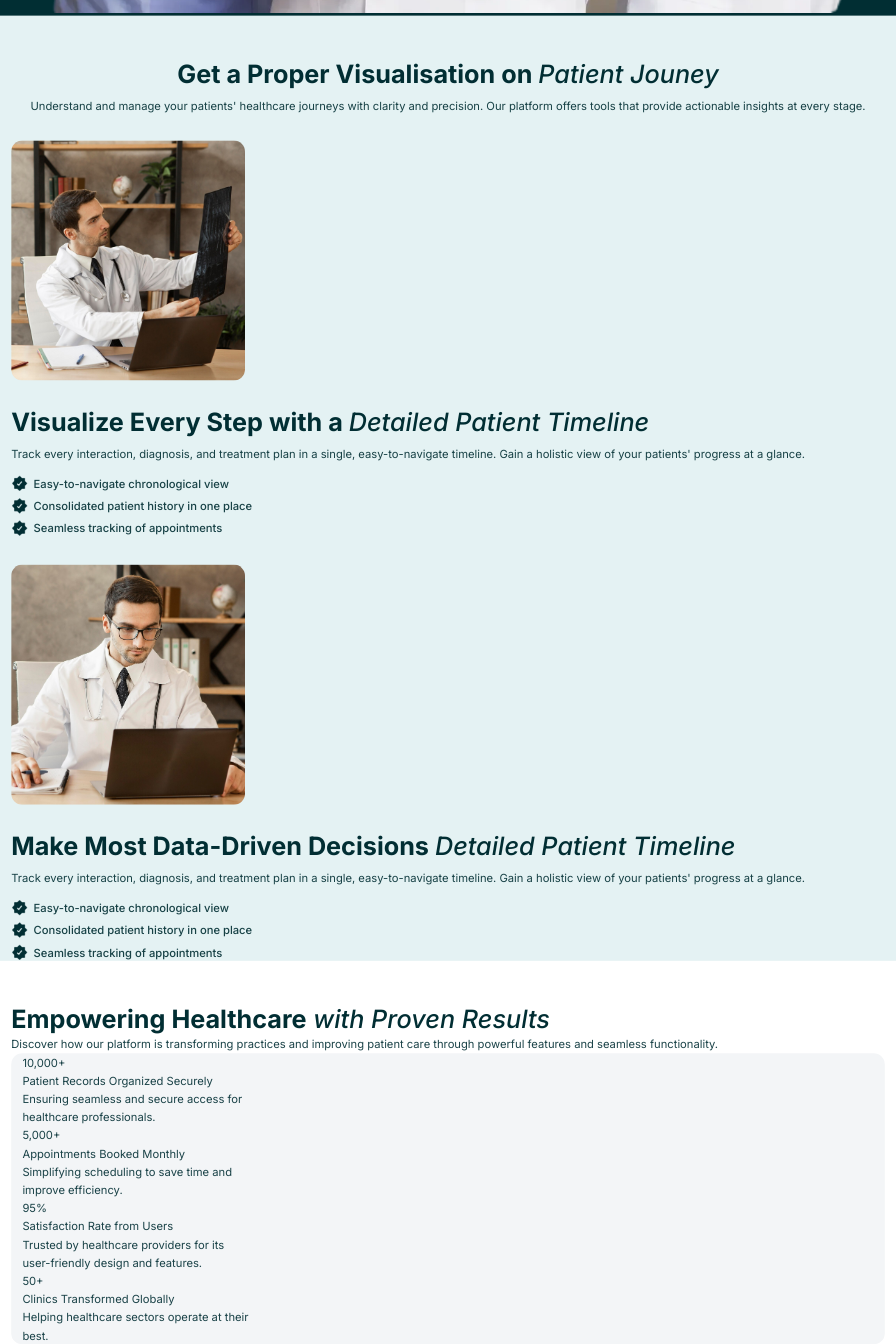
Repository: DiegoWWeege/recuperacao-prova-front-end
Page: index.html
These files come from the project's save history. The page is drawn as it stood at one moment and after the next save; the edit follows.
The browser window is 1280 px wide. The pictures show the part of the page from y = 1392 to 3312 px (the page is 3312 px tall), at 70% of full size.

Above is the page before, as saved 2026-06-22 18:51:25.

### index.html
<!DOCTYPE html>
<html lang="pt-br">
<head>
    <meta charset="UTF-8">
    <meta name="viewport" content="width=device-width, initial-scale=1.0">
    <title>ERTIFY HEALTH</title>
    <link rel="stylesheet" href="style.css">
</head>
<body>

    <!--Cabeçalho da Lading Page-->

    <header>
        <img src="images/logo.png" alt="Ertify Health logo">

        <section>
        <button aria-label = "Get Started" class = "get-started-button">Get Started</button>

            <img src="icons/burguer-menu.png" alt="Burguer menu">
        </section>
    </header>

    <!--Conteúdo principal da Lading Page-->
    <main class = "hero-section">

        <section>
            <h1>Simple & Secure Patient <span>Management</span></h1>
            <!-- Foi dado um espaço na palavra &amp, pois quando junta apresentava erro no html!-->
            <p>CERTIFY’s platform automates intake & amp; check-in processes
            so you can put the focus back on delivering quality care.</p>
        </section>

        <section id = "buttons-section">
            <button  aria-label = "Get Started" class = "get-started-button">Get Started</button>
            <button aria-label = "Play demo" class = "play-demo-button">Play Demo</button>
        </section>

        <img src="images/three-doctors.png" alt="Three doctors">
    </main>



    <section class = "section-patient-journey">
        <h2>Get a Proper Visualisation on <span>Patient Jouney</span></h2>

        <p>Understand and  manage your patients' healthcare journeys with
            clarity and precision. Our platform offers tools that provide
            actionable insights at every stage.</p>


        <section class = "image-text-benefits">

            <img src="images/doctor-xray.png" alt="A doctor sitting in his desk looking at an x-ray">

            <h2>Visualize Every Step with a <span>Detailed Patient Timeline</span></h2>

            <p>Track every interaction, diagnosis, and treatment
                plan in a single, easy-to-navigate
                timeline. Gain a holistic view of your patients'
                progress at a glance.</p>

            <section class = "benefits-grid">

                <img src="icons/checkmark-badge-02.png" alt="">
                <p class = "benefit">Easy-to-navigate chronological view</p>

                <img src="icons/checkmark-badge-02.png" alt="">
                <p class = "benefit">Consolidated patient history in one place</p>

                <img src="icons/checkmark-badge-02.png" alt="">
                <p class = "benefit">Seamless tracking of appointments</p>

            </section>

        </section>

        <section class = "image-text-benefits">

            <img src="images/doctor-laptop.png" alt="A doctor sitting in his desk looking at an x-ray">

            <h2>Make Most Data-Driven Decisions <span>Detailed Patient Timeline</span></h2>

            <p>Track every interaction, diagnosis, and treatment
                plan in a single, easy-to-navigate
                timeline. Gain a holistic view of your patients'
                progress at a glance.</p>

            <section class = "benefits-grid">

                <img src="icons/checkmark-badge-02.png" alt="">
                <p class = "benefit">Easy-to-navigate chronological view</p>

                <img src="icons/checkmark-badge-02.png" alt="">
                <p class = "benefit">Consolidated patient history in one place</p>

                <img src="icons/checkmark-badge-02.png" alt="">
                <p class = "benefit">Seamless tracking of appointments</p>

            </section>

        </section>

    </section>

    <section class = "section-empowering-healthcare">
        <h2>Empowering Healthcare<span> with Proven Results</span></h2>

        <p>Discover how our platform is transforming practices and improving
            patient care through powerful features and seamless functionality.</p>

        <section class = "boxes-grid">
            <section class = "first-box">
                <p>10,000+</p>
                <p>Patient Records Organized Securely</p>

                <p>Ensuring seamless and secure access for healthcare professionals.</p>
            </section>

            <section class = "second-box">
                <p>5,000+</p>
                <p>Appointments Booked Monthly</p>

                <p>Simplifying scheduling to save time and improve efficiency.</p>
            </section>

            <section class = "third-box">
                <p>95%</p>
                <p>Satisfaction Rate from Users</p>

                <p>Trusted by healthcare providers for its user-friendly design and features.</p>
            </section>

            <section class = "fourth-box">
                <p>50+</p>
                <p>Clinics Transformed Globally</p>

                <p>Helping healthcare sectors operate at their best.</p>
            </section>
        </section>

    </section>
</body>
</html>

### style.css
@import url('https://fonts.googleapis.com/css2?family=Inter:ital,opsz,wght@0,14..32,100..900;1,14..32,100..900&family=Roboto:ital,wght@0,100..900;1,100..900&display=swap');

*{
    margin: 0px;
    padding: 0px;
    font-family: 'Inter', sans-serif;
}

img{
    object-fit: cover;
}

header{
    background-color: #012E33;
    width: 100vw;
    border-bottom: 1px solid #1A4347;
    display: grid;
    grid-template-columns: 1fr auto;
    align-items: center;
    padding: 1rem;
    box-sizing: border-box;
}

.get-started-button{
    background-color: #0EB770;
    color: white;
    font-size: 1rem;
    font-weight: 500;
    border-radius: 100px;
    height: 2.5rem;
    width: 8.063rem;
    border-style: none;
    justify-self: end;

}

header section{
    display: grid;
    grid-template-columns:auto auto;
    align-items: center;
    gap: 1rem;
}

.hero-section{
    background-color: #012E33;
    padding-top: 4.313rem;
    box-sizing: border-box;
}

.hero-section h1{
    font-family: "Inter" , sans-serif;
    font-size: 2.75rem;
    font-weight: 700;
    color: white;
    margin-bottom: 0.75rem;
    margin-left: 1.375rem;
    margin-right: 0.625rem;

}

.hero-section span{
    font-weight: 400;
    font-family: "Inter" , sans-serif;
    font-style: italic;
}

.hero-section p{
    color: rgba(255, 255, 255, 0.904);
    line-height: 1.625rem;
    margin-bottom: 4.313rem;
    margin-left: 1.375rem;
    margin-right: 0.625rem;
}

.hero-section #buttons-section button{
    width: 21.438rem;
    height: 3.5rem;
    margin-left: 1.375rem;
    margin-right: 0.625rem;
}

.hero-section #buttons-section .get-started-button{
    margin-bottom: 1rem;
}

.hero-section #buttons-section .play-demo-button{
    border: 1px solid #044046;
    border-radius: 100px;
    background: none;
    color: white;
    align-items: center;
    font-weight: 500;
    font-size: 16px;
}

.hero-section img{
    width: 100vw;
    margin-top: 2rem;
}

.section-patient-journey{
    background-color: #E4F2F3;
    padding-left: 1rem;
    padding-right: 1rem;
    padding-top: 3.75rem;
}

.section-patient-journey h2{
    font-family: "Inter" , sans-serif;
    font-weight: 700;
    font-size: 36px;
    line-height: 46px;
    color: #012E33;
    text-align: center;
}

.section-patient-journey span{
    font-weight: 500;
    font-style: italic;
}

.section-patient-journey p{
    color: #012e33e7;
    font-weight: 400;
    text-align: center;
    margin-top: 0.75rem;
}

.section-patient-journey img{
    height: 21.438rem;
    width: 20.875rem;
    border-radius: 1rem;
    margin-top: 2.5rem;
    margin-bottom: 2rem;
}

.section-patient-journey .image-text-benefits h2{
    text-align: start;
}

.section-patient-journey .image-text-benefits p{
    text-align:  start;
}

.image-text-benefits .benefits-grid{
    display: grid;
    grid-template-columns: auto 1fr;
    gap: 0.5rem;
    margin-top: 1.313rem;

}

.image-text-benefits .benefits-grid img{
    width: 1.5rem;
    height: 1.5rem;
    margin: 0px;

}

.image-text-benefits .benefits-grid p{
    margin: 0px;
    align-self: center;
    font-weight: 500;
}

.section-empowering-healthcare h2{
    margin-top: 3.75rem;
    margin-left: 1rem;
    margin-bottom: 0,75rem;
    font-family: "Inter" , sans-serif;
    font-weight: 700;
    line-height: 46px;
    font-size: 36px;
    color: #012E33;
}

.section-empowering-healthcare span {
    font-weight: 500;
    font-style: italic;
}

.section-empowering-healthcare p{
    margin-left: 1rem;
    font-family: "Inter" , sans-serif;
    font-weight: 400;
    font-size: 16px;
    line-height: 26px;
    color: #012E33E5;

}
.section-empowering-healthcare .boxes-grid{
    display: grid;
    grid-template-columns: 21.438rem;
    background-color: #F3F5F7;
    border-radius: 16px;
    margin-left: 1rem;
    margin-right: 1rem;


}

After the next save:
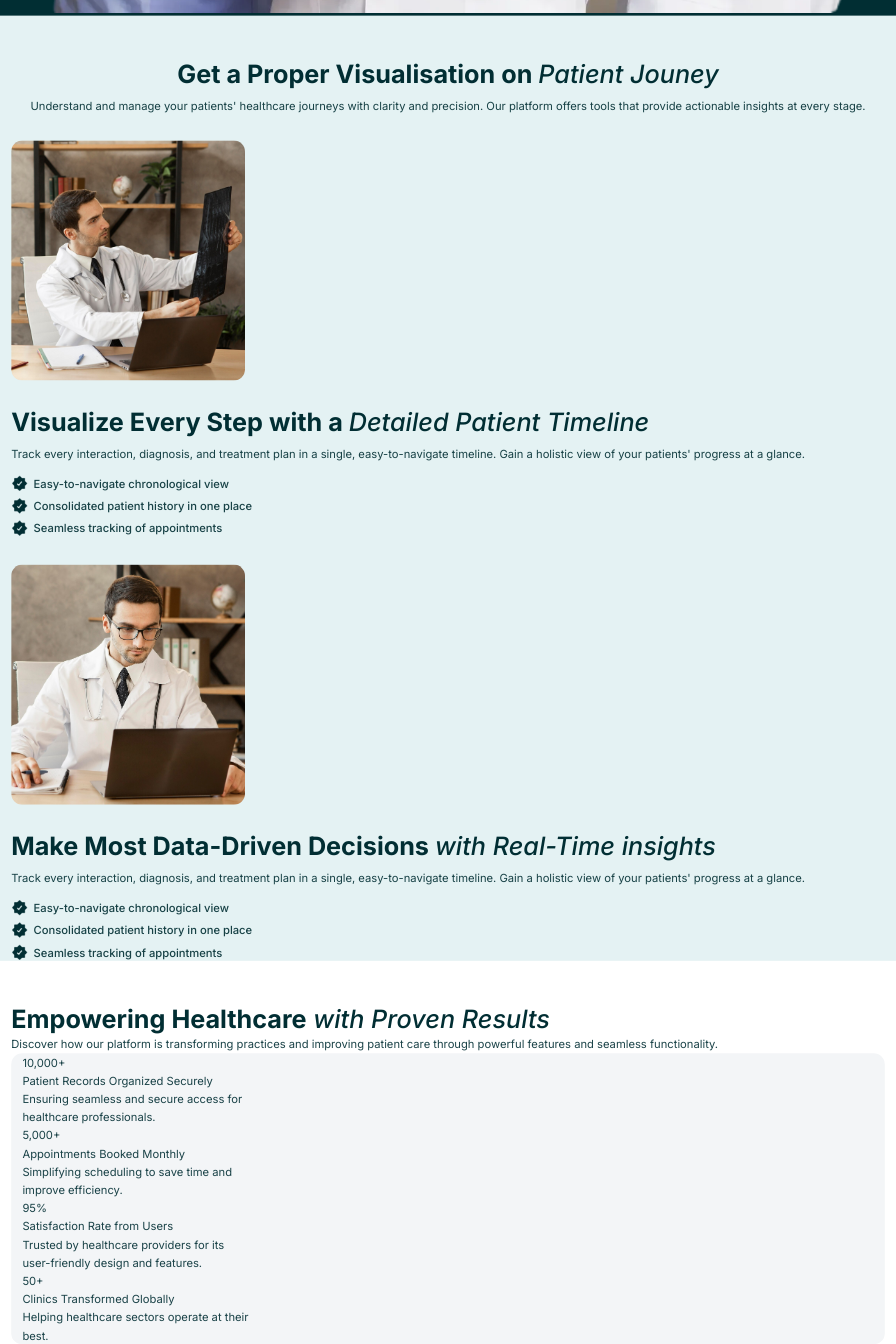
Saved 10 s later.
--- a/index.html
+++ b/index.html
@@ -78,7 +78,7 @@
 
             <img src="images/doctor-laptop.png" alt="A doctor sitting in his desk looking at an x-ray">
 
-            <h2>Make Most Data-Driven Decisions <span>Detailed Patient Timeline</span></h2>
+            <h2>Make Most Data-Driven Decisions <span>with Real-Time insights</span></h2>
 
             <p>Track every interaction, diagnosis, and treatment
                 plan in a single, easy-to-navigate
--- a/style.css
+++ b/style.css
@@ -186,6 +186,7 @@ header section{
     font-size: 16px;
     line-height: 26px;
     color: #012E33E5;
+    margin-bottom: ;
 
 }
 .section-empowering-healthcare .boxes-grid{
